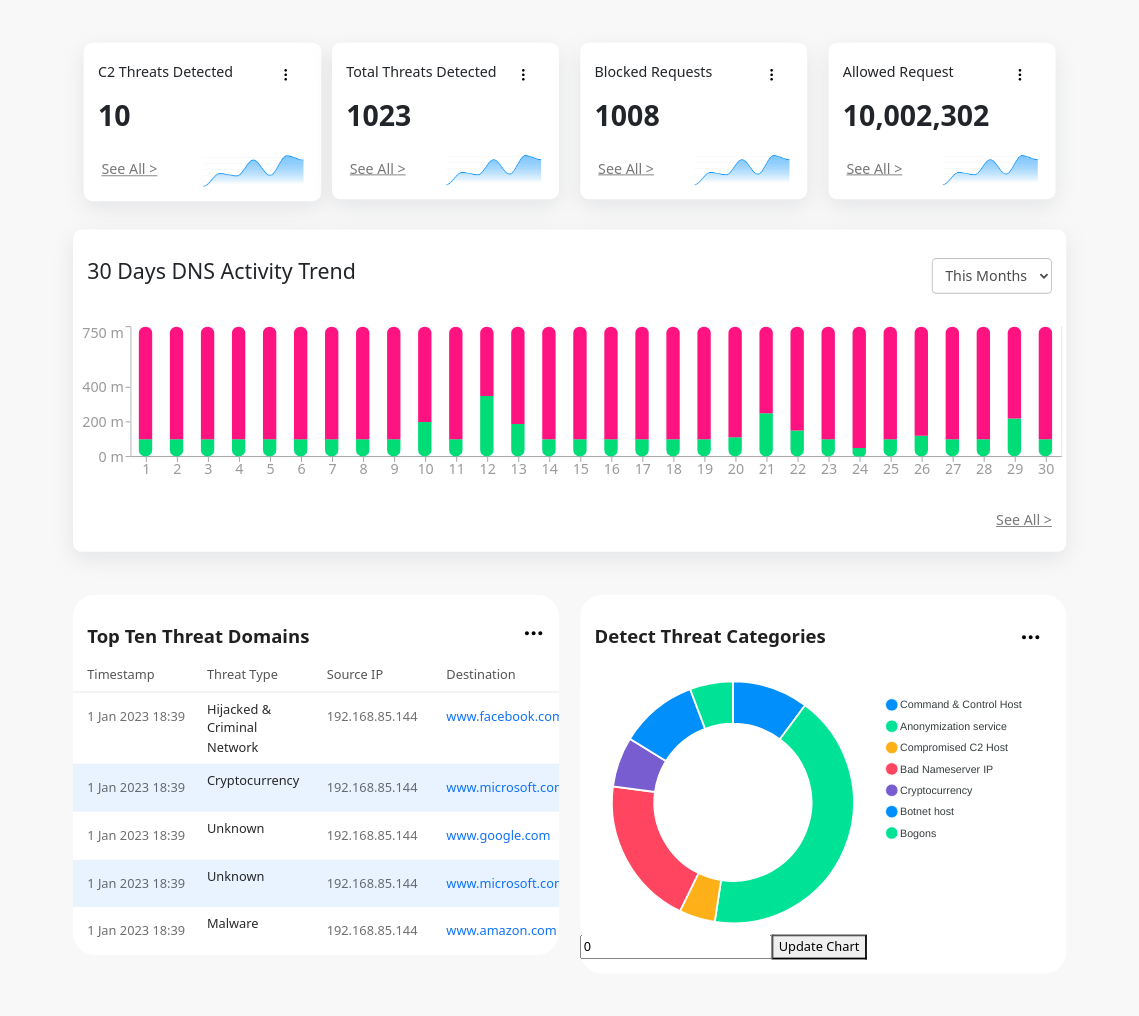
Repository: badhon252/dashboard
Page: /
These files come from the project's save history. The page is drawn as it stood at one moment and after the next save; the edit follows.
The browser window is 1280 px wide. The pictures show the whole page, at 89% of full size.
The project was rebuilt for these pictures with package versions that can differ from the ones it lists, and the page was loaded fresh each time. Also part of the build but not shown: vite.config.js.

Above is the page before, as saved 2023-01-27 14:06:21.

After the next save:
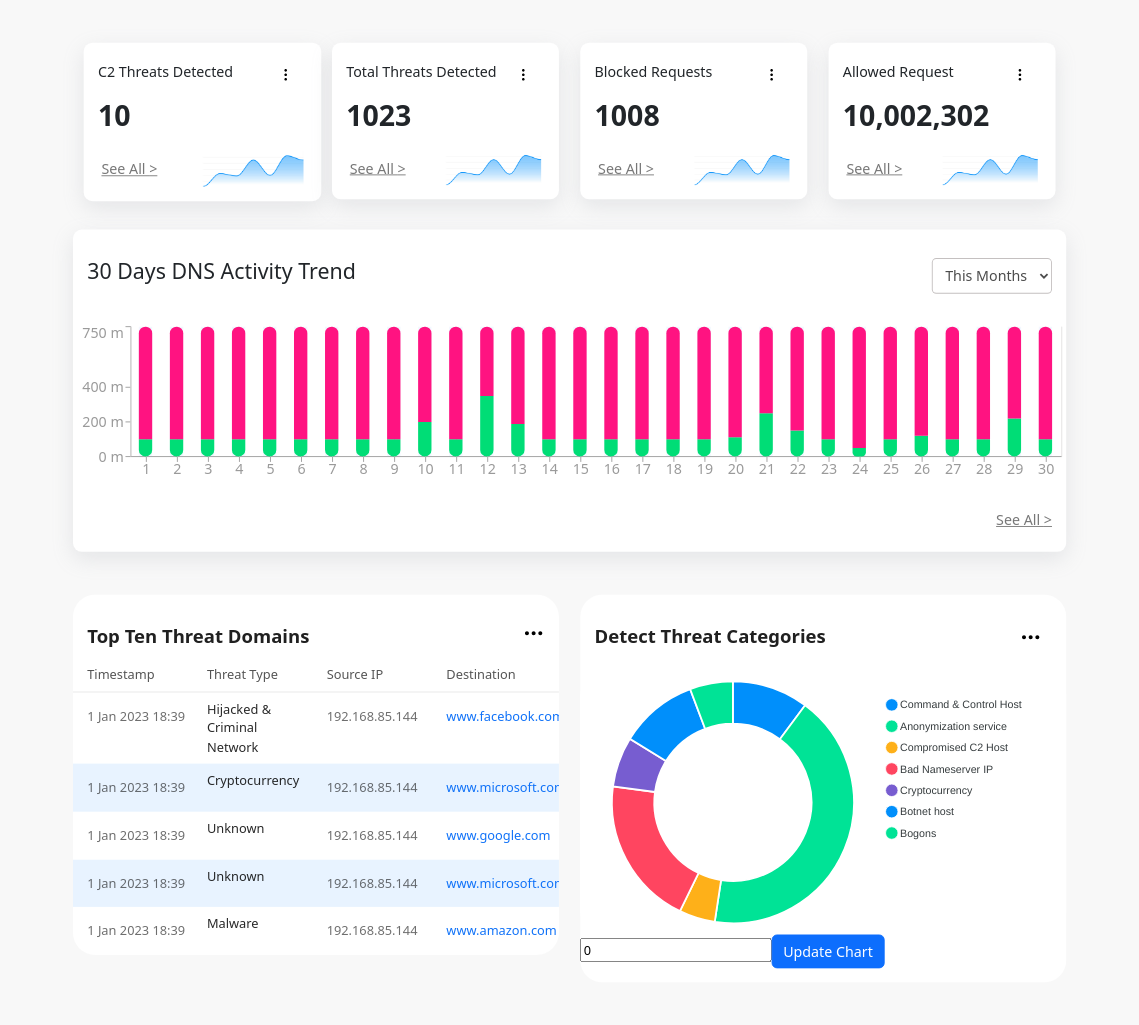
Saved 32 s later.
--- a/src/Components/Analysis/Graph/GraphAnalysis.jsx
+++ b/src/Components/Analysis/Graph/GraphAnalysis.jsx
@@ -36,6 +36,7 @@ const AnalysisGraph = ({ icon }) => {
             onChange={(e) => setValue(e.target.value)}
           />
           <button
+            className="btn btn-primary"
             onClick={() =>
               setChartOptions({ ...chartOptions, series: [{ data: [value] }] })
             }
